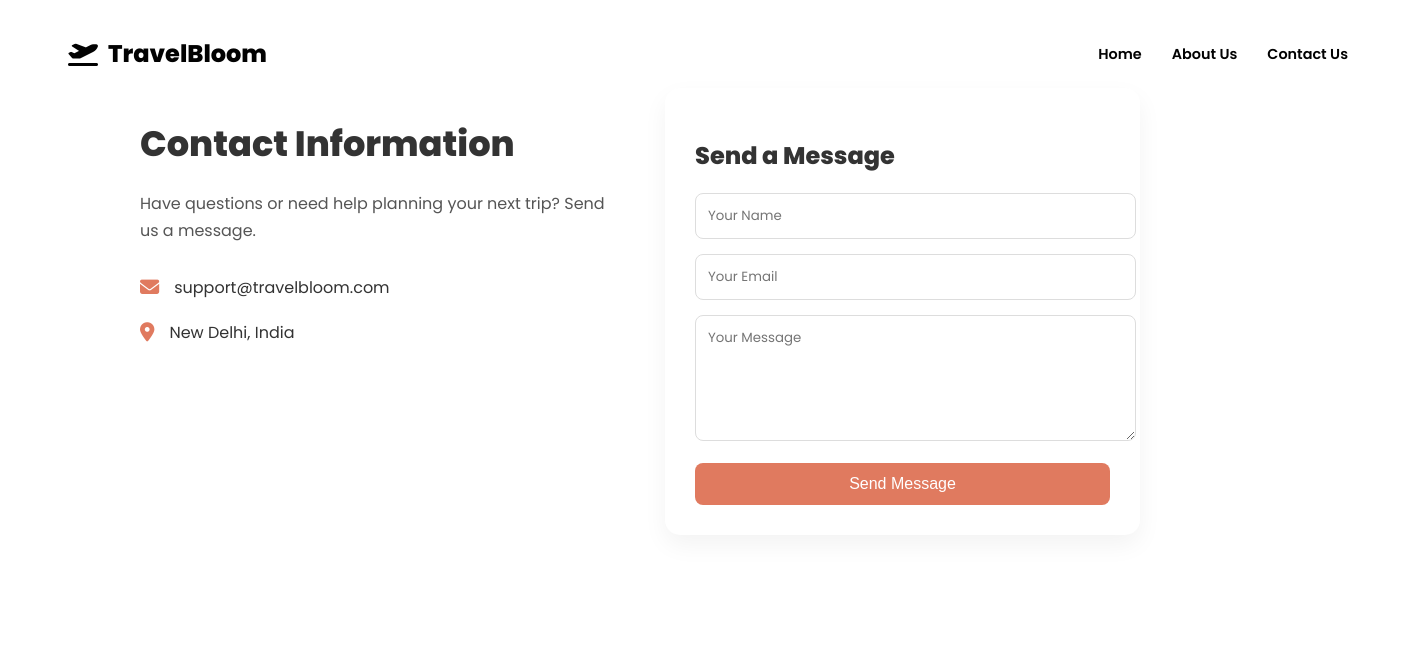
Repository: LatikaAdhikari064/TravelBloom_Project
Page: contact.html
An editor plug-in stored every save of this project. The page is shown before and after the next save, followed by the edit.
The browser window is 1280 px wide. The page is 1408 px wide, so the pictures cover 1408 px, including what lies to the right of the window. The pictures show the whole page.

Above is the page before, as saved 2026-01-08 20:48:01.

### contact.html
<!DOCTYPE html>
<html lang="en">
<head>
    <meta charset="UTF-8">
    <meta name="viewport" content="width=device-width, initial-scale=1.0">
    <title>Contact Us - TravelBloom</title>

    <!-- Fonts & Icons -->
    <link href="https://fonts.googleapis.com/css2?family=Poppins:wght@300;400;600;800&display=swap" rel="stylesheet">
    <link rel="stylesheet" href="https://cdnjs.cloudflare.com/ajax/libs/font-awesome/6.4.0/css/all.min.css">

    <!-- CSS -->
    <link rel="stylesheet" href="contact.css">
</head>
<body>

    <nav class="navbar">
        <div class="logo">
            <i class="fas fa-plane-departure"></i> TravelBloom
        </div>
        <ul class="nav-links">
            <li><a href="/">Home</a></li>
            <li><a href="about.html">About Us</a></li>
            <li><a href="contact.html">Contact Us</a></li>
        </ul>
    </nav>
    <!-- CONTACT SECTION -->
    <section class="contact-section">
        <div class="contact-container">

            <!-- INFO -->
            <div class="contact-info">
                <h2>Contact Information</h2>
                <p>Have questions or need help planning your next trip? Send us a message.</p>

                <div class="info-item">
                    <i class="fas fa-envelope"></i>
                    <span>support@travelbloom.com</span>
                </div>

                <div class="info-item">
                    <i class="fas fa-map-marker-alt"></i>
                    <span>New Delhi, India</span>
                </div>
            </div>

            <!-- FORM -->
            <form class="contact-form">
                <h2>Send a Message</h2>

                <input type="text" placeholder="Your Name" required>
                <input type="email" placeholder="Your Email" required>
                <textarea placeholder="Your Message" rows="5" required></textarea>

                <button type="submit">Send Message</button>
            </form>

        </div>
    </section>

</body>
</html>

### contact.css
/* --- CONTACT PAGE STYLES --- */

body {
    font-family: 'Poppins', sans-serif;
}
/* --- Navigation Bar --- */
.navbar {
    position: absolute; /* Sits transparently over the hero image */
    top: 0;
    width: 100%;
    display: flex;
    justify-content: space-between;
    align-items: center;
    padding: 25px 60px;
    z-index: 100; /* Ensures nav is above everything */
    color: rgb(2, 2, 2);
}

.logo {
    font-size: 1.5rem;
    font-weight: 800;
    display: flex;
    align-items: center;
    gap: 10px;
}

.nav-links {
    list-style: none;
    display: flex;
    gap: 30px;
}

.nav-links a {
    text-decoration: none;
    color: rgb(2, 2, 2);
    font-weight: 600;
    font-size: 0.9rem;
    transition: color 0.3s ease;
}

.nav-links a:hover {
    color: #E07A5F; /* Coral accent color */
}

.contact-hero h1 {
    font-size: 3rem;
    font-weight: 800;
}

.contact-hero p {
    font-size: 1.1rem;
    opacity: 0.9;
}

/* SECTION */
.contact-section {
    padding: 80px 20px;
    background:;
}

.contact-container {
    max-width: 1000px;
    margin: auto;
    display: grid;
    grid-template-columns: 1fr 1fr;
    gap: 50px;
}

/* INFO */
.contact-info h2 {
    font-size: 2.2rem;
    margin-bottom: 20px;
    color: #333;
}

.contact-info p {
    color: #555;
    margin-bottom: 30px;
    line-height: 1.7;
}

.info-item {
    display: flex;
    align-items: center;
    gap: 15px;
    margin-bottom: 20px;
    color: #333;
}

.info-item i {
    color: #E07A5F;
    font-size: 1.2rem;
}

/* FORM */
.contact-form {
    background: white;
    padding: 30px;
    border-radius: 15px;
    box-shadow: 0 10px 25px rgba(0,0,0,0.05);
}

.contact-form h2 {
    margin-bottom: 20px;
    color: #333;
}

.contact-form input,
.contact-form textarea {
    width: 100%;
    padding: 12px;
    margin-bottom: 15px;
    border-radius: 8px;
    border: 1px solid #ddd;
    font-family: inherit;
}

.contact-form input:focus,
.contact-form textarea:focus {
    outline: none;
    border-color: #E07A5F;
}

.contact-form button {
    width: 100%;
    padding: 12px;
    background: #E07A5F;
    border: none;
    color: white;
    font-size: 1rem;
    border-radius: 8px;
    cursor: pointer;
    transition: background 0.3s;
}

.contact-form button:hover {
    background: #cf6a52;
}

/* RESPONSIVE */
@media (max-width: 768px) {
    .contact-container {
        grid-template-columns: 1fr;
    }

    .contact-hero h1 {
        font-size: 2.2rem;
    }
}

After the next save:
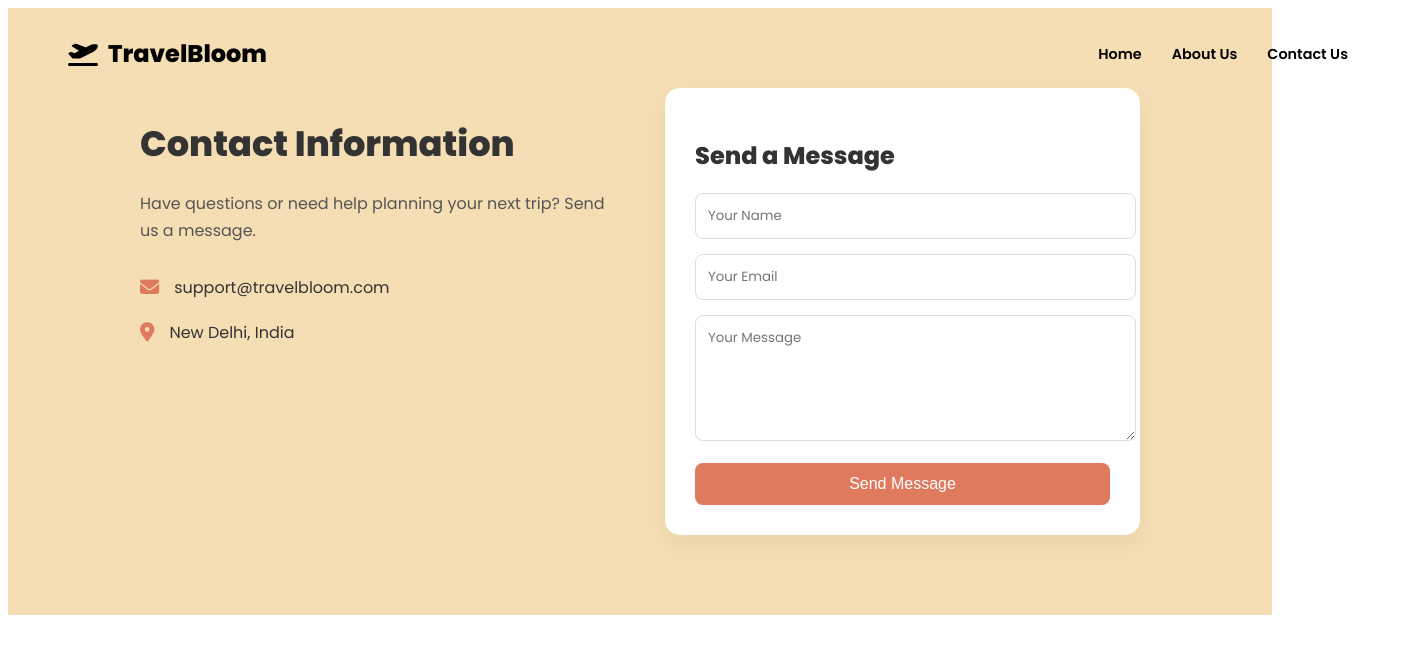
Saved 14 s later.
--- a/contact.css
+++ b/contact.css
@@ -55,7 +55,7 @@ body {
 /* SECTION */
 .contact-section {
     padding: 80px 20px;
-    background:;
+    background:wheat;
 }
 
 .contact-container {
